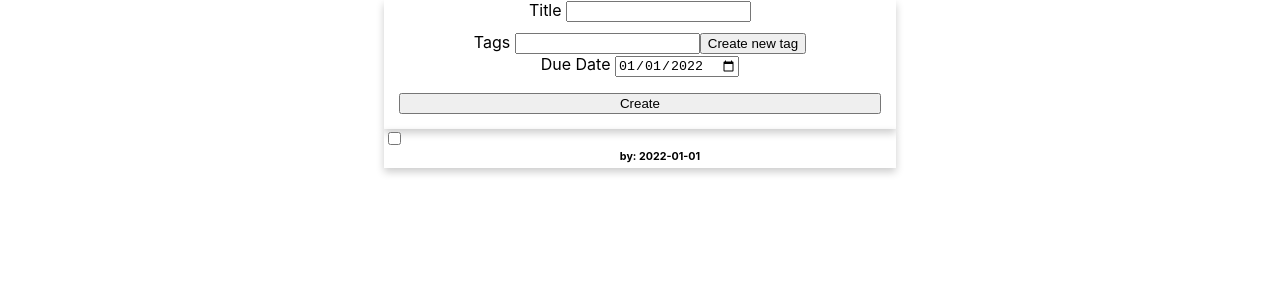
Repository: sanjayMamidipaka/reactappbits
Page: /, after clicking the first element matching `div.submitButton > button`
An editor plug-in stored every save of this project. The page is shown before and after the next save, followed by the edit.
The browser window is 1280 px wide. The pictures show the whole page.
The project was rebuilt for these pictures with package versions that can differ from the ones it lists, and the page was loaded fresh each time. Also part of the build but not shown: src/components/Tag.css, src/components/Tag.tsx.

Above is the page before, as saved 2022-01-18 18:13:11.

### src/App.tsx
import logo from './logo.svg';
import './App.css';
import TodoList from './components/TodoList';

function App() {
  return (
    <div className="App">
      <TodoList/>
    </div>
  );
}

export default App;

### src/components/TodoList.tsx
import React, { EventHandler } from 'react'
import './TodoList.css'
import { useState } from 'react'
import Tag from './Tag'
import TodoItem from './TodoItem'
/**
 * Thank you for applying to Bits of Good. You are free to add/delete/modify any
 * parts of this project. That includes changing the types.ts, creating css files,
 * modifying import statements, using contexts, etc. We do recommend to keep it simple.
 * You will not be judged based on complexity. We also recommend using
 * multiple components instead of coding everything on this file :)
 *
 * Have fun! Please reach out to hello@bitsofgood.org or wkim330@gatech.edu if you
 * have any questions!
 *
 * Bits of Good Engineering Team
 *
 */
// TODO: Start coding from here

// Here's a baseline todo item type.
// Feel free to extend or create your own interface!

export default function TodoList() {
  const [title, setTitle] = useState('');
  const [tagValue, setTagValue] = useState('');
  const [index, setIndex] = useState(0);
  const [date, setDate] = useState('2022-01-01');
  const completedItems: any[] = [];
  const [todoListCompletedItems, setTodoListCompletedItems] = useState(completedItems);

  const [tagArray, setTagArray] = useState<{name1: string, index1: number}[]>([]);

    const addNewTag = (e: React.MouseEvent<HTMLButtonElement>) => {
      e.preventDefault();
      if (tagValue !== "") {
        setTagArray((tagArray: {name1: string, index1: number}[]) => {
          return [...tagArray, {name1: tagValue, index1: index}];
        });
      }
      setIndex(index + 1);
      setTagValue('');

    }

    const removeElement = (index: number) => {
      setTagArray((tagArray)=>{
        let newTagArray = tagArray.filter((tagObject) => tagObject.index1 !== index);

        return newTagArray;
      })
      console.log(tagArray);

    }

    const handleSubmit = (e: React.MouseEvent<HTMLButtonElement>) => {
      const itemToAdd: any = {
      title: title,
      dueDate: date,
      tagList: tagArray,
      completed: false,
      idx: new Date().getTime().toString()
    }
    setTitle('');
    setTodoListCompletedItems([...todoListCompletedItems, itemToAdd]);
    setTagArray([]);
    }
  return (
    <div>
  <div className="card">
    <label htmlFor="nameLabel">Title </label>
        <input
          type="text"
          value={title}
          onChange={(e) => setTitle(e.target.value)}
        />
        <div style={{padding: '5px'}}></div>

        <label htmlFor="tagLabel">Tags </label>
        <input
          type="text"
          value={tagValue}
          onChange={(e) => setTagValue(e.target.value)}
        />
        <button type="submit" onClick={addNewTag}>
          Create new tag
        </button>

        <div>
          {tagArray.map((tagObject: {name1: string, index1: number}) => {
            return <Tag name={tagObject.name1} key={tagObject.index1} theIndex={tagObject.index1} remove={removeElement} include={"x"}></Tag>
          })}
        </div>

        <label htmlFor="dueDateLabel">Due Date </label>
        <input
          type="date"
          value={date}
          onChange={(e) => setDate(e.target.value)}
        />

        <div style={{padding: '15px'}} className = 'submitButton'>
          <button style ={{width: '100%'}} type='submit' onClick={handleSubmit}>Create</button>
        </div>

</div>

      <div>
          {todoListCompletedItems.map((todoListItem) => {
            return <TodoItem todoListItem={todoListItem} key={todoListItem.idx} index={todoListItem.idx}></TodoItem>
          })}
        </div>

        </div>
  )
}

### src/components/TodoList.css
.card {
  /* Add shadows to create the "card" effect */
  box-shadow: 0 4px 8px 0 rgba(0,0,0,0.2);
  transition: 0.3s;
  width: 40%;
  margin: 0 auto;
}

/* On mouse-over, add a deeper shadow */
.card:hover {
  box-shadow: 0 8px 16px 0 rgba(0,0,0,0.2);
}

/* Add some padding inside the card container */
.container {
  padding: 2px 16px;
}

### src/components/TodoItem.tsx
import React, { EventHandler } from 'react'
import Tag from './Tag';

export default function TodoItem({todoListItem, index}: {todoListItem: any, index: string}) {
    const {title, dueDate, tagList, completed} = todoListItem;

    return (
        <div className="card">
            <input type="checkbox" style={{float: "left"}} />
            <h1 className="child" style={{display: 'inline', padding: '10px'}}>{title}</h1>
            <h6 className="child" style={{display: 'inline'}}>by: {dueDate}</h6>
            <div></div>
            {tagList.map((tagObject: {name1: string, index1: number}, index: number) => {
                return <Tag name={tagObject.name1} key={tagObject.index1} theIndex={tagObject.index1} remove={()=>{}} include={""}></Tag>
            })}
        </div>
    )
}

Loaded but not shown: public/index.html (common file); src/index.tsx (common file); src/index.css (common file); src/reportWebVitals.js (common file); src/App.css (common file)

After the next save:
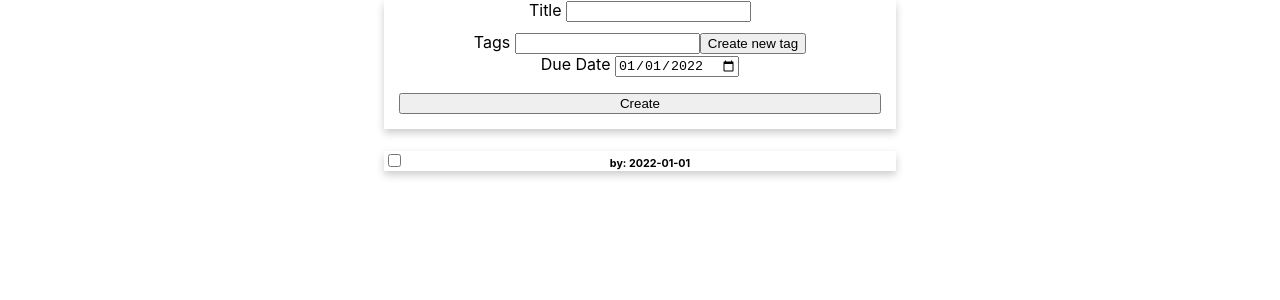
Saved 4 s later.
--- a/src/components/TodoItem.tsx
+++ b/src/components/TodoItem.tsx
@@ -7,7 +7,7 @@ export default function TodoItem({todoListItem, index}: {todoListItem: any, inde
     return (
         <div className="card">
             <input type="checkbox" style={{float: "left"}} />
-            <h1 className="child" style={{display: 'inline', padding: '10px'}}>{title}</h1>
+            <h1 className="child" style={{}}>{title}</h1>
             <h6 className="child" style={{display: 'inline'}}>by: {dueDate}</h6>
             <div></div>
             {tagList.map((tagObject: {name1: string, index1: number}, index: number) => {
